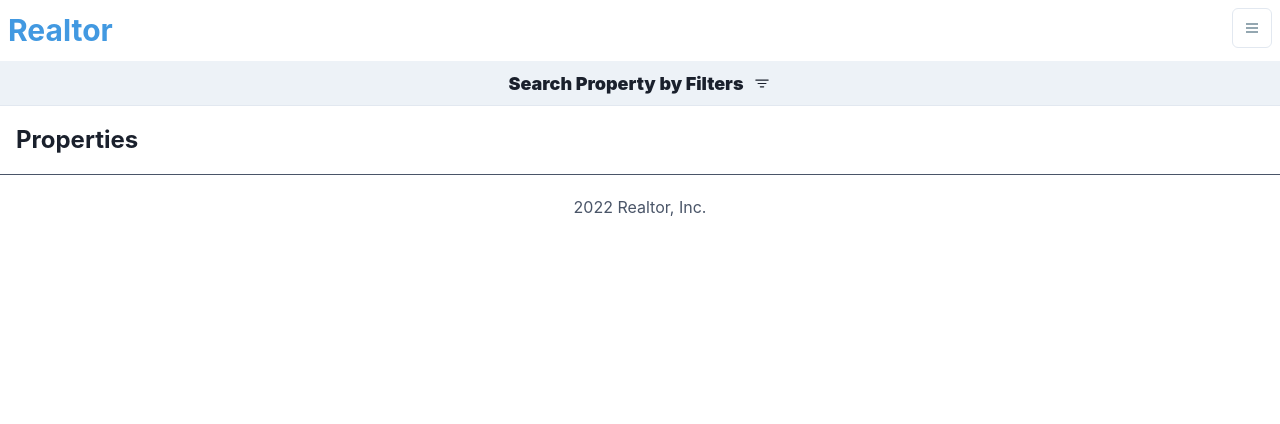
Repository: programmingwithlevi/realtor
Page: /search
These files come from the project's save history. The page is drawn as it stood at one moment and after the next save; the edit follows.
The browser window is 1280 px wide. The pictures show the whole page.
The project was rebuilt for these pictures with package versions that can differ from the ones it lists, and the page was loaded fresh each time. The framework's server and built-in components were replaced by stand-ins that run in the browser. Also part of the build but not shown: next.config.js, components/SearchFilters.jsx, components/Property.jsx.

Above is the page before, as saved 2022-11-30 14:06:18.

After the next save:
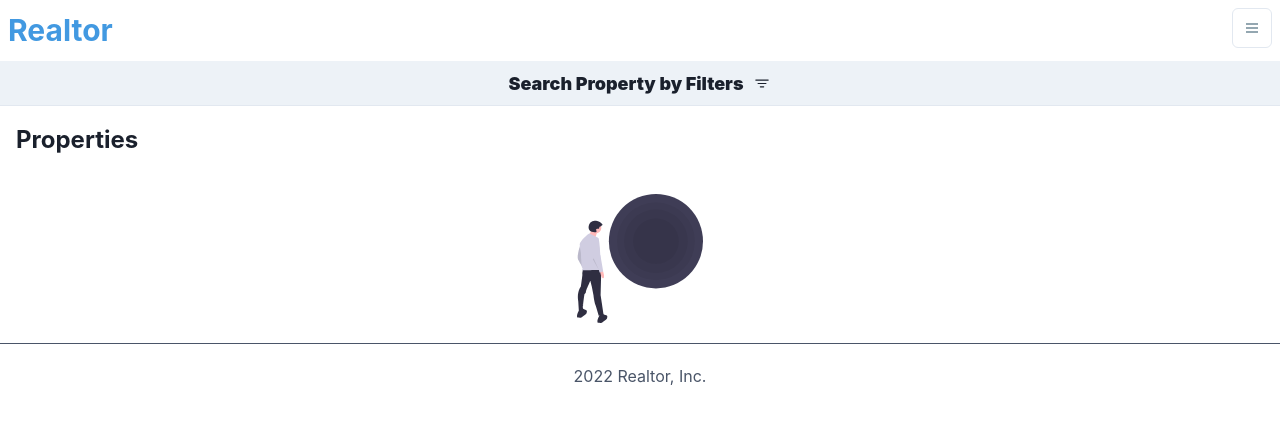
Saved 7 min 44 s later.
--- a/pages/search.js
+++ b/pages/search.js
@@ -5,6 +5,7 @@ import { Flex, Box, Text, Icon } from "@chakra-ui/react";
 import { BsFilter } from "react-icons/bs";
 import SearchFilters from "../components/SearchFilters";
 import Property from "../components/Property";
+import noresult from "../assets/noresult.svg";
 
 const Search = () => {
   const [searchFilters, setSearchFilters] = useState(false);
@@ -34,6 +35,11 @@ const Search = () => {
       <Flex flexWrap="wrap">
         {[].map((property) => <Property property={property} key={property.id} />)}
       </Flex>
+      {[].length === 0 && (
+        <Flex justifyContent="center" alignItems="center" flexDirection="column" marginTop="5" marginBottom="5">
+            <Image alt="no result" src={noresult} />
+        </Flex>
+     )}
     </Box>
   );
 };
